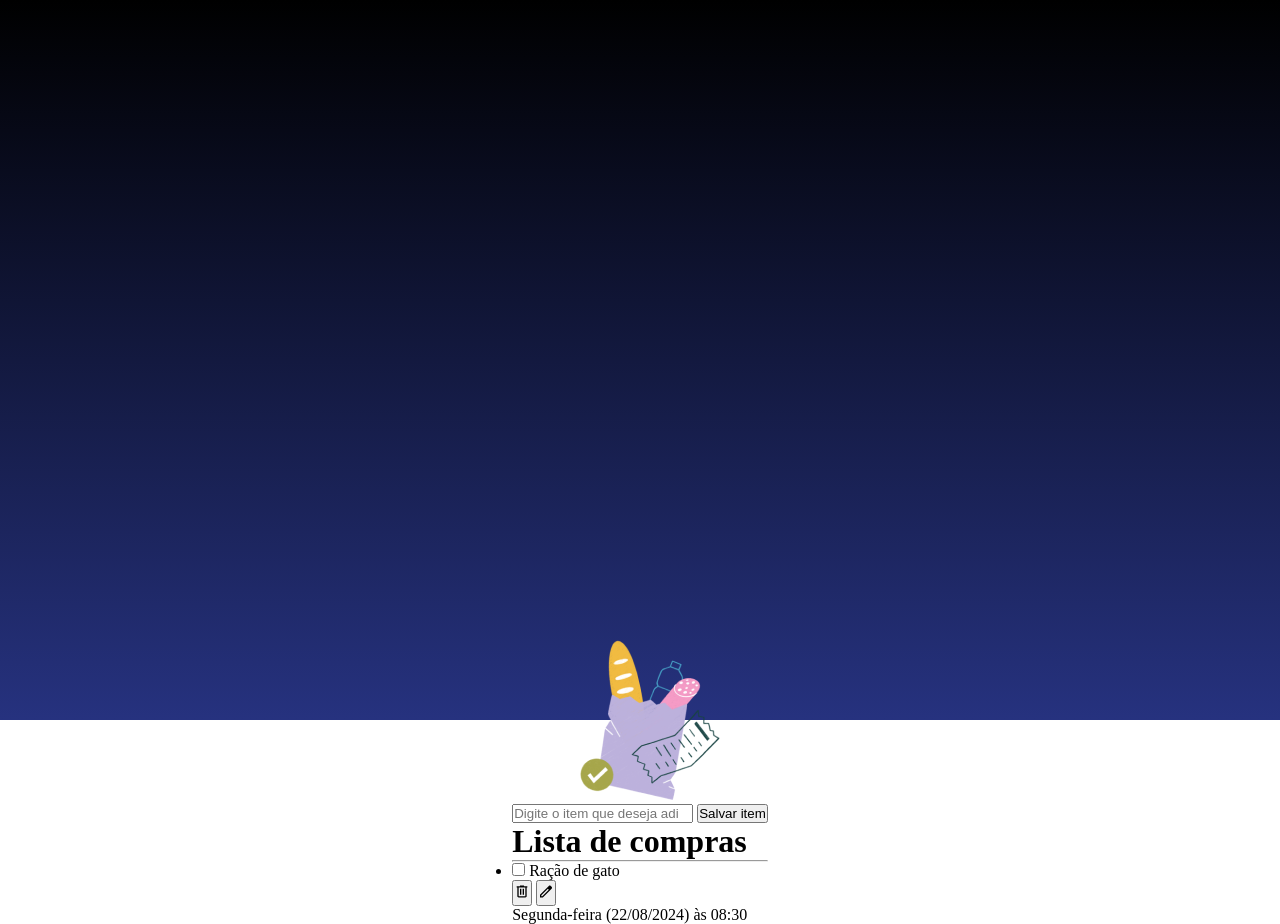
Repository: joaoPraiaJunior/compras_js
Page: index.html
An editor plug-in stored every save of this project. The page is shown before and after the next save, followed by the edit.
The browser window is 1280 px wide. The pictures show the whole page.
Some web fonts or font styles are not loaded; a fallback is used.

Above is the page before, as saved 2024-08-22 19:49:21.

### index.html
<!DOCTYPE html>
<html lang="pt-BR" dir="ltr">

<head>
    <meta charset="UTF-8">
    <meta name="viewport" content="width=device-width, initial-scale=1.0">
    <meta name="description" content="Lista de compras">
    <title>Lista de Compras</title>
    <link rel="preconnect" href="https://fonts.googleapis.com">
    <link rel="preconnect" href="https://fonts.gstatic.com" crossorigin>
    <link href="https://fonts.googleapis.com/css2?family=Krona+One&family=Montserrat&family=Numans&display=swap" rel="stylesheet">
    <link rel="stylesheet" href="./css/styles.css">
</head>

<body>
    <header>
        <img src="./img/bag.png" alt="sacola de compras">
    </header>
    <main>
        <form>
            <input type="search" name="busca" placeholder="Digite o item que deseja adicionar">
            <button>Salvar item</button>
        </form>
        <h1>Lista de compras</h1>
        <hr>

        <ul>
            <li>
                <div>
                    <div>
                        <input type="checkbox" name="produto" id="racao_de_gato">
                        <label for="racao_de_gato">Ração de gato</label>
                    </div>
                    <div>
                        <button><img src="./img/delete.svg" alt="Deletar"></button>
                        <button><img src="./img/edit.svg" alt="Editar"></button>
                    </div>
                </div>
                <p>Segunda-feira (<time datetime="2024-08-22">22/08/2024</time>) às <time>08:30</time></p>
            </li>
        </ul>
    </main>
</body>

</html>

### css/styles.css
* {
    box-sizing: border-box;
    margin: 0;
    padding: 0;
}

html {
    font-size: 62.5%;
}

:root {
    --cor-primaria: #F55B64;
    --cor-secundaria: #C2373F;
    --neutro: #F9F9F9;
    --preto: #131730;
    --fonte-titulo: "Krona One", sans-serif;
    --fonte-texto: 'Numans', sans-serif;
    --degrade-azul: linear-gradient(180deg, #000000 0%, #26327F 100%);
}

body {
    display: flex;
    flex-direction: column;
    align-items: center;
    background: var(--degrade-azul);
    background-repeat: no-repeat;
    font-size: 1.6rem;
    height: 100vh;
}

header {
    margin-top: 64.0rem
}

After the next save:
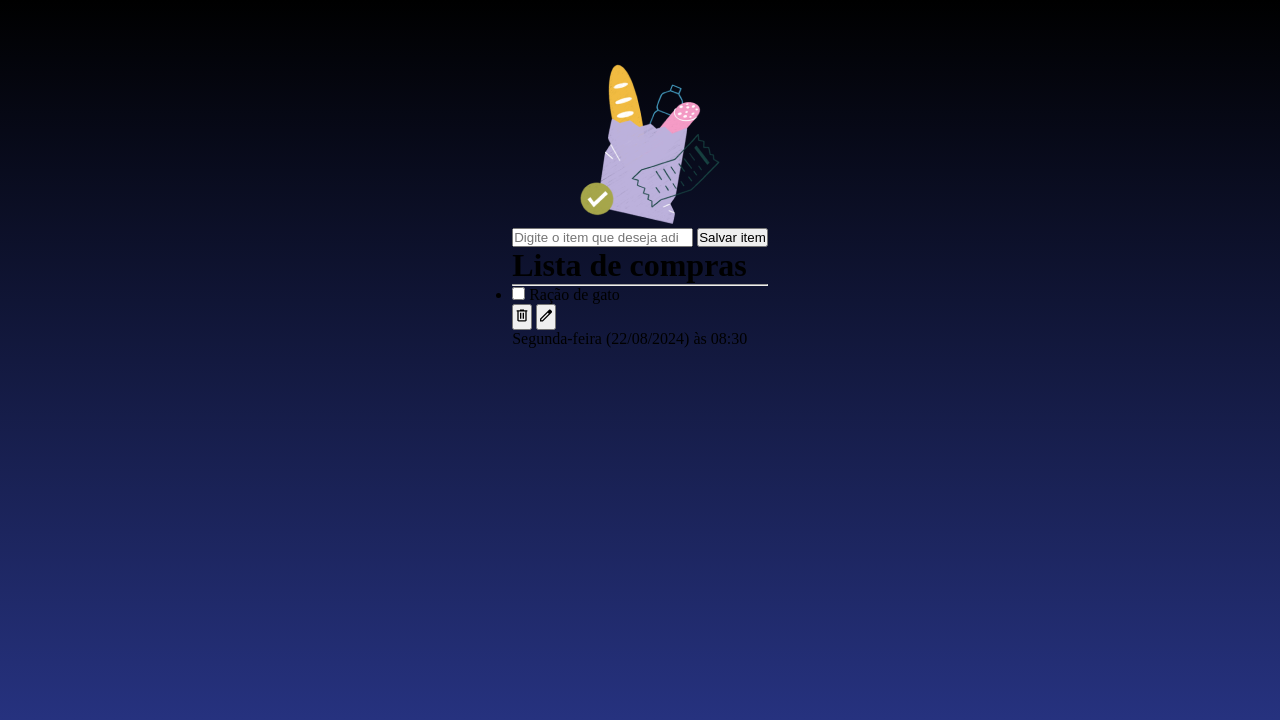
Saved 8 s later.
--- a/css/styles.css
+++ b/css/styles.css
@@ -29,5 +29,5 @@ body {
 }
 
 header {
-    margin-top: 64.0rem
+    margin-top: 6.4rem
 }
